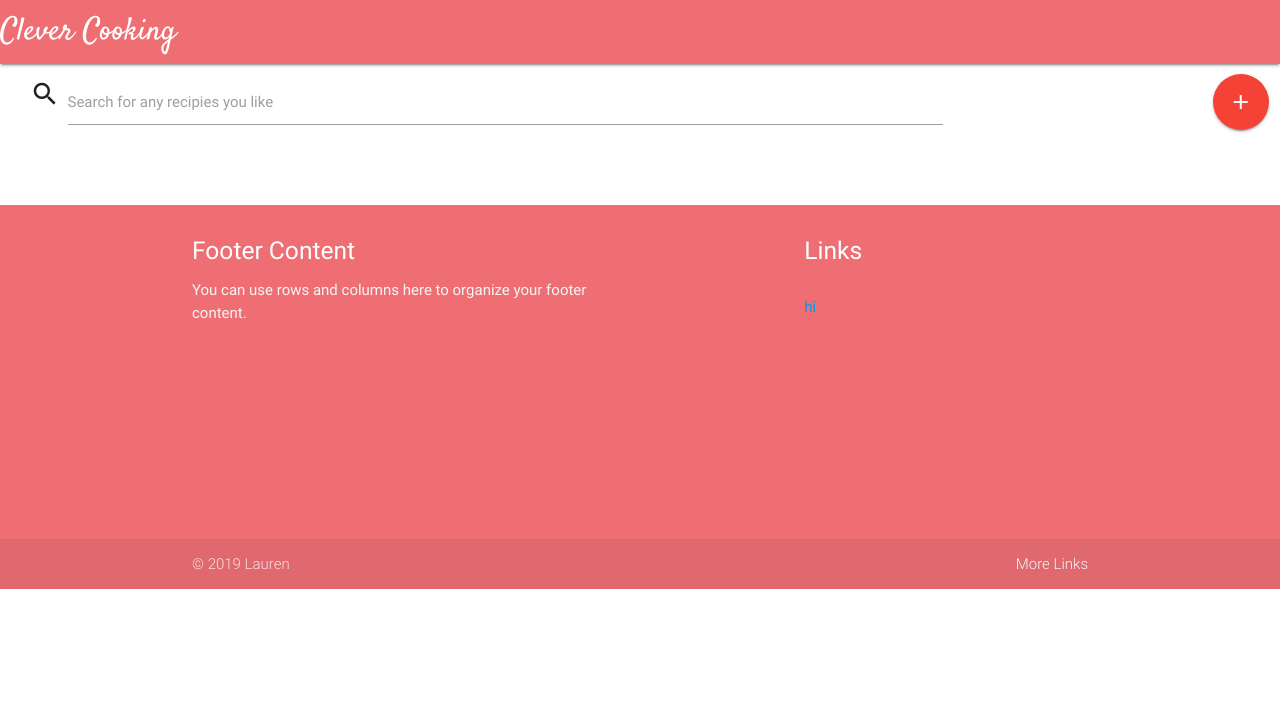
Repository: Code-Institute-Submissions/online-recipe-cookbook
Page: http://localhost/
The author's editor kept a record of every edit. The page is drawn from the files as they stood at one moment, then again after the next edit.
The browser window is 1280 px wide. The pictures show the whole page.
Some web libraries are served in a nearby version. The page is served by the project's application, run on Flask 3 (app.py). Queries for data that is not in the repository find no rows.

Above is the page before.

### templates/home.html
{% extends 'base.html' %}
{% block content %}
<!DOCTYPE html>
<html>
    <head>

    </head>
    <body>
        <div class="row">

            <div class="col s12">
              <div class="row">
                <div class="input-field col s9">
                  <i class="center-align material-icons prefix">search</i>
                  <input method="POST" action="{{url_for('get_recipe_names')}}" type="text" id="autocomplete-input" class="autocomplete">
                  <label for="autocomplete-input">Search for any recipies you like</label>
                </div>
                <a href="{{url_for('add_recipe')}}" class="btn-floating right-align btn-large waves-effect waves-light red" style="float: right; margin-top: 10px"><i class="material-icons">add</i></a>
              </div>
            </div>
         </div>
        <div class="row">
         {% for recipe in recipes %}

             <div class="card col s12 m6 l4 medium">
                <div class="card-image waves-effect waves-block waves-light">
                  <img class="activator" src={{ recipe.image_link}}>
                </div>
                <div class="card-content">
                  <span class="card-title activator grey-text text-darken-4">{{ recipe.recipe_name }}<i class="material-icons right">more_vert</i></span>
                  <p><a href="{{url_for('show_recipe', recipe_id=recipe._id)}}">View full recipe</a></p>
                  <span><i class="material-icons left">favorite</i> <p>{{recipe.likes}}</p></span>
                </div>
                <div class="card-reveal">
                  <span class="card-title grey-text text-darken-4">{{ recipe.recipe_name }}<i class="material-icons right">close</i></span>
                  <p>{{recipe.ingredients}}</p>
                  <span><a href="{{ url_for('edit_recipe', recipe_id=recipe._id)}}"><i class="material-icons right">edit</i></a></span>
                </div>
         </div>

         {% endfor %}

                 </div>
    </body>
</html>
{% endblock %}

### templates/base.html
<!DOCTYPE html>
<html>

<head>
    <link href="https://fonts.googleapis.com/icon?family=Material+Icons" rel="stylesheet">
    <link rel="stylesheet" href="https://cdnjs.cloudflare.com/ajax/libs/materialize/0.100.2/css/materialize.min.css">
    <link rel="stylesheet" href="{{url_for('static', filename='css/style.css')}}" type="text/css"/>
</head>

<body>
    <header><nav>
  <div class="nav-wrapper">
    <a href="{{url_for('get_top_recipes')}}" class="brand-logo">Clever Cooking</a>

  </div>
</nav></header>
    {% block content %}

    {% endblock %}

    <script src="https://cdnjs.cloudflare.com/ajax/libs/jquery/3.2.1/jquery.min.js"></script>
    <script src="https://cdnjs.cloudflare.com/ajax/libs/materialize/0.100.2/js/materialize.min.js"></script>
    <script type="text/javascript">
    $(document).ready(function(){
    $('.modal').modal();

    function sendItem(val) {
        console.log(val);
    }
    $(function () {
            $('input.autocomplete').autocomplete({
                data: {

                    "Apple": null,
                    "Microsoft": null,
                    "Google": 'http://placehold.it/250x250'
                },
                onAutocomplete: function(txt) {
                  sendItem(txt);
                },
                limit: 20, // The max amount of results that can be shown at once. Default: Infinity.
            });

    });

  });
    </script>

</body>
<footer class="page-footer">
          <div class="container">
            <div class="row">
              <div class="col l6 s12">
                <h5 class="white-text">Footer Content</h5>
                <p class="grey-text text-lighten-4">You can use rows and columns here to organize your footer content.</p>
              </div>
              <div class="col l4 offset-l2 s12">
                <h5 class="white-text">Links</h5>
                <ul>
                  <a href= "https://www.facebook.com/pinkfloyd/">hi<i class="fa fa-facebook fa-2x"></i></a>
          				<li><a href="https://twitter.com/pinkfloyd" ><i class="fa fa-twitter fa-2x"></i></a></li>
          				<li><a href="https://www.instagram.com/pinkfloyd" ><i class="fa fa-instagram fa-2x"></i></a></li>
          				<li><a href="https://www.youtube.com/channel/UCY2qt3dw2TQJxvBrDiYGHdQ" ><i class="fa fa-youtube fa-2x"></i></a></li>
          				<li><a href="https://open.spotify.com/artist/0k17h0D3J5VfsdmQ1iZtE9"> <i class="fa fa-spotify fa-2x"></i> </a></li>

                </ul>
              </div>
            </div>
          </div>
          <div class="footer-copyright">
            <div class="container">
            © 2019 Lauren
            <a class="grey-text text-lighten-4 right" href="#!">More Links</a>
            </div>
          </div>
        </footer>
</html>

### app.py
import os
from flask import Flask, render_template, redirect, request, url_for
from flask_pymongo import PyMongo
from bson.objectid import ObjectId

app = Flask(__name__)
app.config["MONGO_DBNAME"] = 'cookbookDb'
#app.config["MONGO_URI"] = os.getenv('MONGO_URI', 'mongodb://localhost')
app.config["MONGO_URI"]="mongodb+srv://root-user96:r00tUser96@myfirstcluster-ehz2d.mongodb.net/cookbookDb?retryWrites=true&w=majority"


mongo = PyMongo(app)

@app.route('/')
@app.route('/get_top_recipes')
def get_top_recipes():
    return render_template("home.html", recipes=mongo.db.recipes.find())

@app.route('/edit_recipe/<recipe_id>')
def edit_recipe(recipe_id):
    the_recipe = mongo.db.recipes.find_one({"_id": ObjectId(recipe_id)})
    return render_template('edit_recipe.html', recipe=the_recipe)

@app.route('/show_recipe/<recipe_id>')
def show_recipe(recipe_id):
    the_recipe = mongo.db.recipes.find_one({"_id": ObjectId(recipe_id)})
    return render_template('show_recipe.html', recipe=the_recipe )

@app.route('/delete_recipe/<recipe_id>')
def delete_recipe(recipe_id):
    mongo.db.recipes.remove({'_id': ObjectId(recipe_id)})
    return redirect(url_for('get_top_recipes'))

@app.route('/add_like_to_recipe/<recipe_id>', methods=['GET'])
def add_like_to_recipe(recipe_id):
    recipes = mongo.db.recipes

    recipes.update(
        {'_id': ObjectId(recipe_id)},
        { '$inc': { 'likes': +1} }
    )

    return redirect(url_for('show_recipe', recipe_id=recipe_id))
@app.route('/add_comment_to_recipe/<recipe_id>', methods=['POST'])
def add_comment_to_recipe(recipe_id):
    recipes = mongo.db.recipes

    recipes.update(
        {'_id': ObjectId(recipe_id)},
        {
             '$push':{'comments': request.form.get('comment')}
        }, upsert=True)
    return redirect(url_for('show_recipe', recipe_id=recipe_id))

@app.route('/update_recipe/<recipe_id>', methods=['POST'])
def update_recipe(recipe_id):
    recipes = mongo.db.recipes
    recipes.update({'_id': ObjectId(recipe_id)},
    {
        'recipe_name':request.form.get('recipe_name'),
        'prep_time':request.form.get('prep_time'),
        'cook_time':request.form.get('cook_time'),
        'ingredients':request.form.get('ingredients'),
        #'cuisine':request.form.get('cuisine'),
        'method_steps':request.form.get('method_steps'),
        'tools_used':request.form.get('tools_used'),
        'image_link':request.form.get('image_link')
    })
    return redirect(url_for('get_top_recipes'))

@app.route('/insert_recipe', methods=['POST'])
def insert_recipe():
    recipes = mongo.db.recipes
    recipes.insert_one(request.form.to_dict())
    return redirect(url_for('get_top_recipes'))

@app.route('/add_recipe')
def add_recipe():
    return render_template("add_recipe.html")

@app.route('/get_recipe_names')
def get_recipe_names():
    return render_template("index.html", names=mongo.db.recipe_names.find())

if __name__ == '__main__':
    app.run(host=os.environ.get('IP'),
            port=int(os.environ.get('PORT')),
            debug=True)

### static/css/style.css
@import url('https://fonts.googleapis.com/css?family=Satisfy&display=swap');
.fa {
  color: white;
  padding: .5em;
  font-size: 2em;
  width: 1em;
  text-decoration: none;
}

.nav-wrapper{
  font-family: 'Satisfy', cursive;
  font-size: 20px;
}

header{

}

After the next edit:
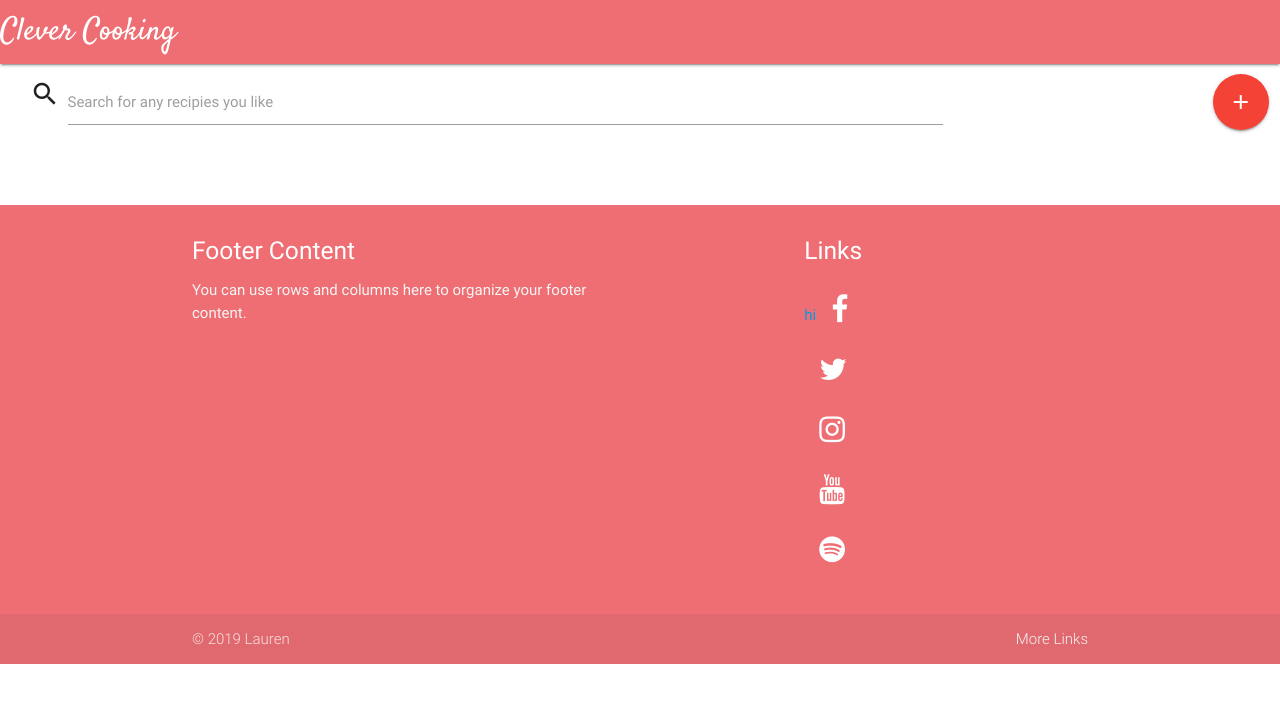
The edit:
--- a/templates/base.html
+++ b/templates/base.html
@@ -5,6 +5,7 @@
     <link href="https://fonts.googleapis.com/icon?family=Material+Icons" rel="stylesheet">
     <link rel="stylesheet" href="https://cdnjs.cloudflare.com/ajax/libs/materialize/0.100.2/css/materialize.min.css">
     <link rel="stylesheet" href="{{url_for('static', filename='css/style.css')}}" type="text/css"/>
+    <link rel="stylesheet" href="https://cdnjs.cloudflare.com/ajax/libs/font-awesome/4.7.0/css/font-awesome.min.css">
 </head>
 
 <body>
